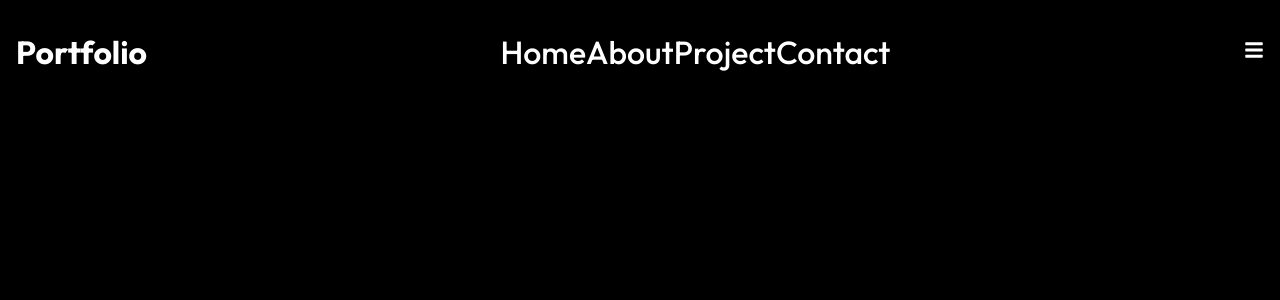
Repository: Hrishabhsinghai/Portfolio
Page: /
These files come from the project's save history. The page is drawn as it stood at one moment and after the next save; the edit follows.
The browser window is 1280 px wide. The pictures show the whole page.
The project was rebuilt for these pictures with package versions that can differ from the ones it lists, and the page was loaded fresh each time. Also part of the build but not shown: src/routes/About.js, src/routes/Project.js, src/routes/Contact.js.

Above is the page before, as saved 2023-12-31 21:29:37.

### src/index.css
@import url("https://fonts.googleapis.com/css2?family=Orbitron&family=Outfit:wght@100;200;300;400;500;600;700;800;900&display=swap");
* {
  box-sizing: border-box;
  margin: 0;
  padding: 0;
  font-family: "Outfit", sans-serif;
}

body {
  background: black;
}

h1,
h4,
p,
a {
  color: #fff;
  text-decoration: none;
}

ul {
  list-style-type: none;
}

.btn {
  padding: 12px 32px;
  font-size: 1rem;
  text-transform: uppercase;
  background: rgb(rgb(217, 255, 0), green, blue);
  color: #222;
  border: 1px solid #fff;
  font-weight: 600;
  cursor: pointer;
}

.btn-light {
  background: transparent;
  color: #fff;
}

.btn-hover {
  background: rgba(255, 255, 255, 0.2);
  color: #fff;
  transition: 0.3;
}

### src/App.js
import "./index.css";
import Home from "./routes/Home";
import About from "./routes/About";
import Project from "./routes/Project";
import Contact from "./routes/Contact";
import { Route, Routes } from "react-router-dom";

function App() {
  return (
    <>
      <Routes>
        <Route path="/" element={<Home />} />{" "}
        <Route path="/project" element={<Project />} />{" "}
        <Route path="/About" element={<About />} />{" "}
        <Route path="/Contact" element={<Contact />} />{" "}
      </Routes>{" "}
    </>
  );
}

export default App;

### src/components/Navbar.js
import { Link } from "react-router-dom";
import "./NavbarStyles.css";

import React from "react";

import { FaBars } from "react-icons/fa";

const Navbar = () => {
  return (
    <div className="header">
      <Link to="/">
        {" "}
        <h1> Portfolio </h1>{" "}
      </Link>{" "}
      <ul className="nav-menu">
        <li>
          <Link to="/"> Home </Link>{" "}
        </li>{" "}
        <li>
          <Link to="/About"> About </Link>{" "}
        </li>{" "}
        <li>
          <Link to="/Project"> Project </Link>{" "}
        </li>{" "}
        <li>
          <Link to="/Contact"> Contact </Link>{" "}
        </li>{" "}
      </ul>{" "}
      <div className="hamburger">
        <FaBars size={20} style={{ color: "#fff" }} />{" "}
      </div>{" "}
    </div>
  );
};

export default Navbar;

### src/components/NavbarStyles.css
.nav-menu {
  display: flex;
}

.nav-menu li {
  padding: 0 1rem;
}

.nav-menu li a {
  font-size: 1.2rem;
  font-weight: 500;
}

@media screen and (max-width: 1040px) {
  .nav-menu {
    flex-direction: column;
    justify-content: center;
    align-items: center;
    width: 100%;
    height: 100vh;
    background: rgba(0, 0, 0, 0.9);
    position: absolute;
    top: 0;
    left: 0;
    z-index: -3;
  }
}

.nav-menu li {
  padding: 1rem 0;
}

.nav-menu li a {
  font-size: 2rem;
}

.hamburger {
  display: initial;
}

.header {
  display: flex;
  justify-content: space-between;
  align-items: center;
  padding: 1rem;
}

Loaded but not shown: public/index.html (common file); src/index.js (common file); src/routes/Home.js (common file)

After the next save:
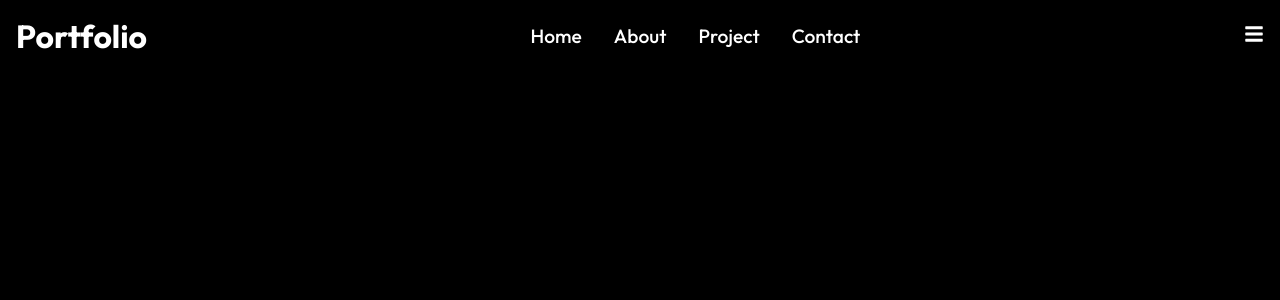
Saved 32 s later.
--- a/src/components/NavbarStyles.css
+++ b/src/components/NavbarStyles.css
@@ -26,14 +26,6 @@
   }
 }
 
-.nav-menu li {
-  padding: 1rem 0;
-}
-
-.nav-menu li a {
-  font-size: 2rem;
-}
-
 .hamburger {
   display: initial;
 }

After the save that followed:
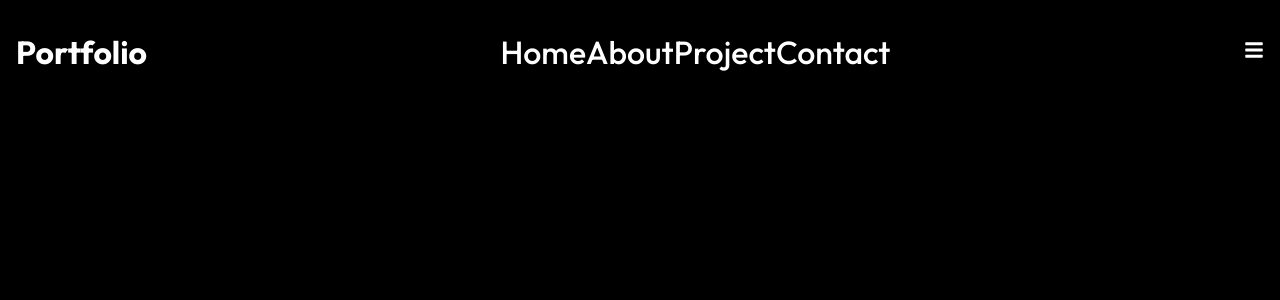
Saved 16 s later.
--- a/src/components/NavbarStyles.css
+++ b/src/components/NavbarStyles.css
@@ -26,6 +26,14 @@
   }
 }
 
+.nav-menu li {
+  padding: 1rem 0;
+}
+
+.nav-menu li a {
+  font-size: 2rem;
+}
+
 .hamburger {
   display: initial;
 }
